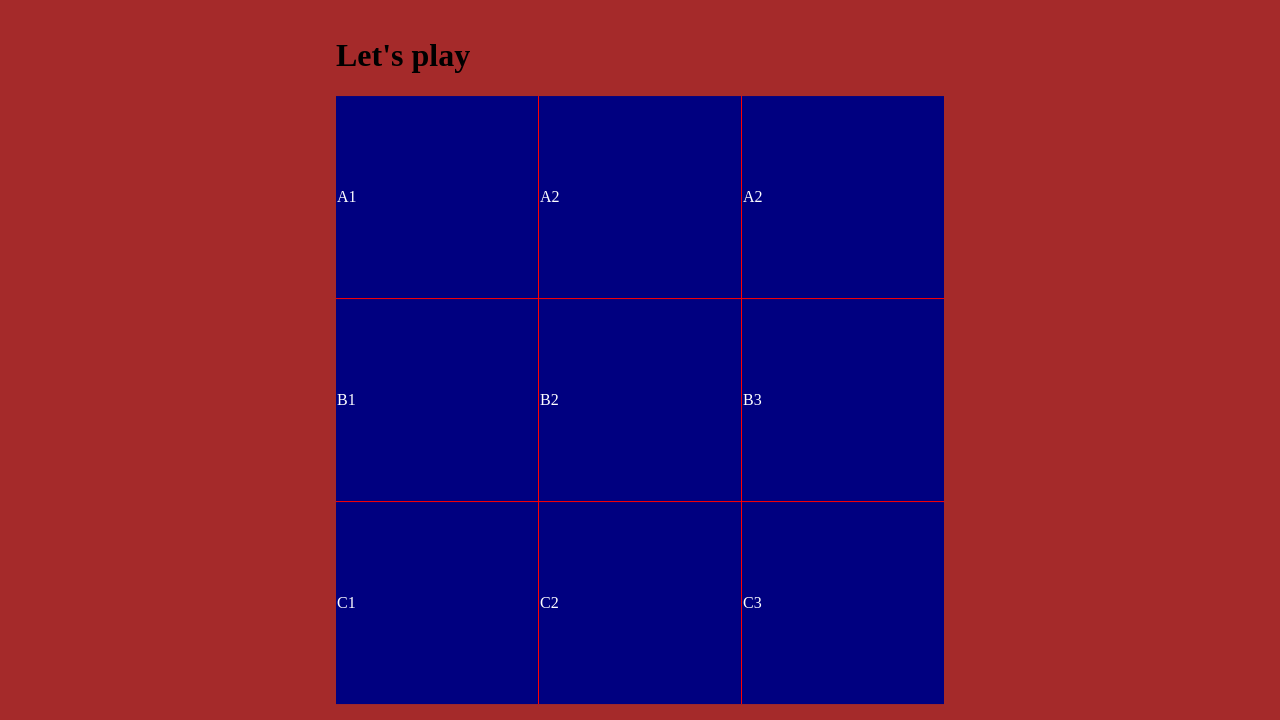
Repository: anas-essaguiar/epita.advancedWeb
Page: tictatoe/index.html
These files come from the project's save history. The page is drawn as it stood at one moment and after the next save; the edit follows.
The browser window is 1280 px wide. The pictures show the whole page.

Above is the page before, as saved 2021-04-14 15:04:13.

### tictatoe/index.html
<!DOCTYPE html>
<html>

<head>
    <meta charset="UTF-8">
    <title>TIC TAC TOE</title>
    <link rel="stylesheet" href="style.css">
</head>

<body>
    <div class="centered">
        <h1>Let's play</h1>
        <table id="table1">
            <tr>
                <td class="col">A1</td>
                <td class="col">A2</td>
                <td class="col">A2</td>
            </tr>
            <tr>
                <td class="col">B1</td>
                <td class="col">B2</td>
                <td class="col">B3</td>
            </tr>
            <tr>
                <td class="col">C1</td>
                <td class="col">C2</td>
                <td class="col">C3</td>
            </tr>
        </table>
    </div>

</body>

</html>

### tictatoe/style.css
body{
background-color: brown;
}
.col{
    border: 1px solid red;
    width: 200px;
    height: 200px;
}
table {
    border-collapse: collapse;
    border-style: hidden;
  }
  table td {
    border: 5px solid black;
  }
#table1 {
    background: navy;
    color: white;
    border-spacing: 10px;
    border-collapse: collapse;
}
.centered {
    position: absolute;
    top: 50%;
    left: 50%;
    margin-right: -50%;
    transform: translate(-50%, -50%);
  }

After the next save:
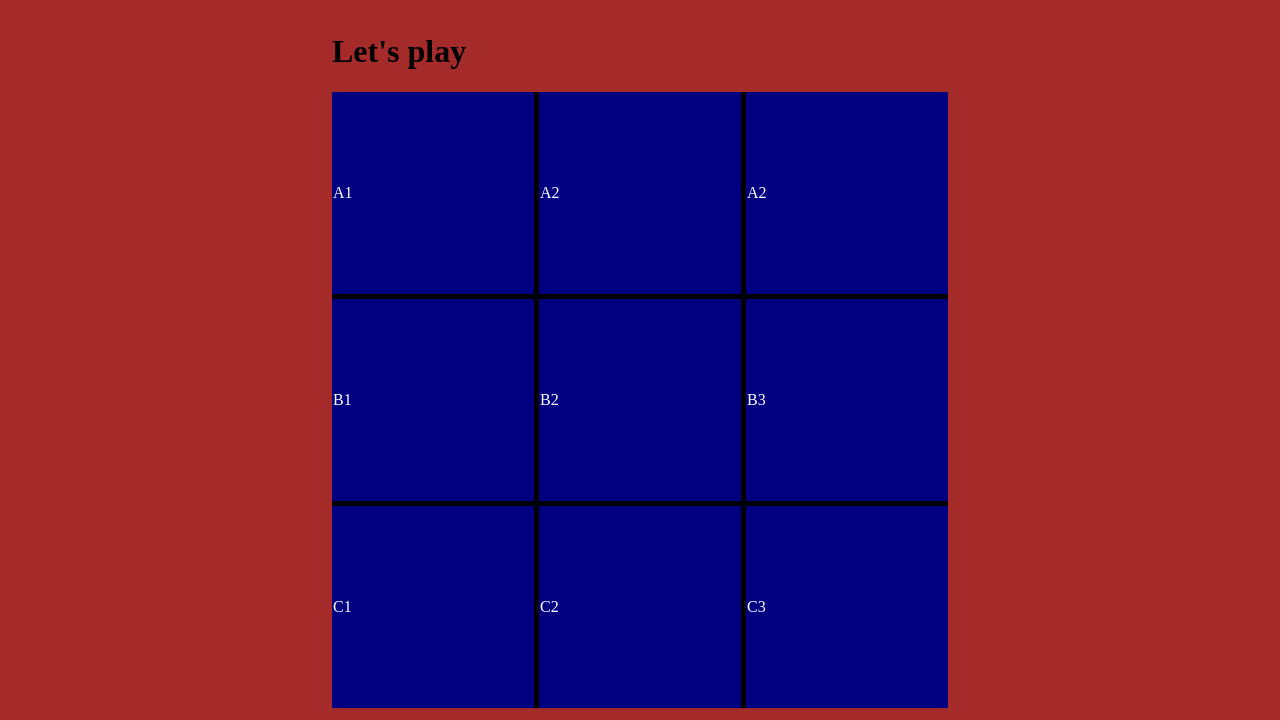
Saved 51 s later.
--- a/tictatoe/style.css
+++ b/tictatoe/style.css
@@ -2,18 +2,15 @@ body{
 background-color: brown;
 }
 .col{
-    border: 1px solid red;
+    border: 5px solid black;
     width: 200px;
     height: 200px;
 }
-table {
+
+
+#table1 {
     border-collapse: collapse;
     border-style: hidden;
-  }
-  table td {
-    border: 5px solid black;
-  }
-#table1 {
     background: navy;
     color: white;
     border-spacing: 10px;
